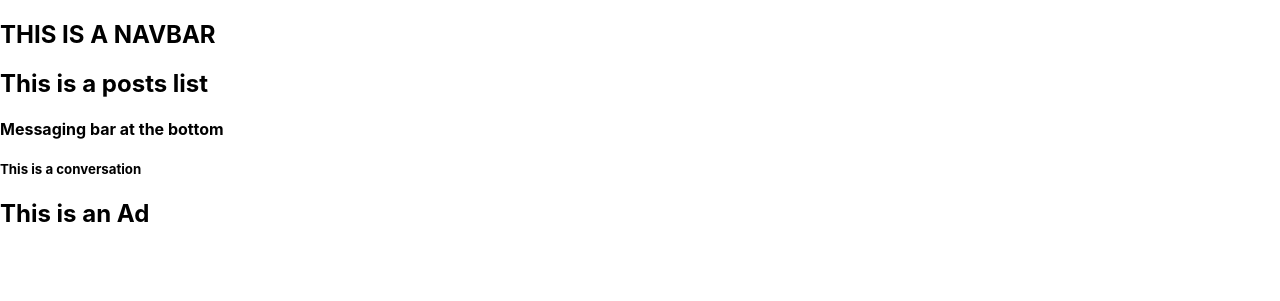
Repository: react-for-web-developers/03-react-components
Page: / (app in exercises/linkedin/)
These files come from the project's save history. The page is drawn as it stood at one moment and after a run of saves; the edit follows.
The browser window is 1280 px wide. The pictures show the whole page.
The project was rebuilt for these pictures with package versions that can differ from the ones it lists, and the page was loaded fresh each time. Also part of the build but not shown: exercises/linkedin/src/App.css.

Above is the page before, as saved 2021-10-13 23:09:44.

After the next 7 saves:
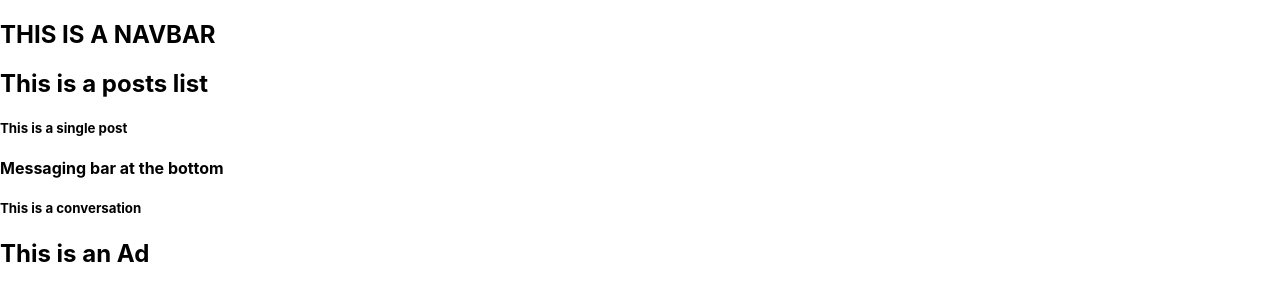
The 7 saves are shown as one change because they came seconds apart.
The last was saved 18 s later.
--- a/exercises/linkedin/src/components/Posts.js
+++ b/exercises/linkedin/src/components/Posts.js
@@ -1,10 +1,11 @@
 import React from 'react'
+import Post from './Post'
 
 export default function Posts() {
     return (
         <div>
             <h2>This is a posts list</h2>
-
+            <Post/>
         </div>
     )
 }
